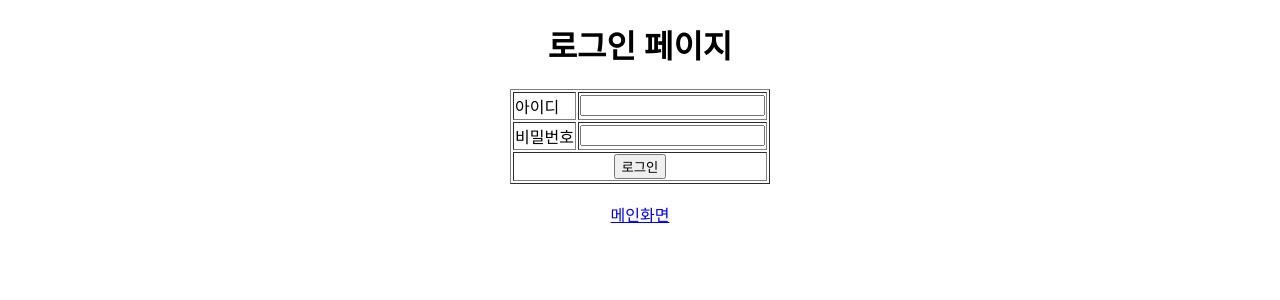
Repository: BEOMJINI/greenJsp
Page: http://localhost/basic/02.22/로그인구현실습/03_21_loginForm.jsp
These files come from the project's save history. The page is drawn as it stood at one moment and after the next save; the edit follows.
The browser window is 1280 px wide. The pictures show the whole page.
The page is served by Tomcat 9. Other server files are loaded and not shown.

Above is the page before, as saved 2023-02-22 02:08:22.

### jspWorkspace/basic/src/main/webapp/02.22/로그인구현실습/03_21_loginForm.jsp
<%@ page language="java" contentType="text/html; charset=UTF-8"
	pageEncoding="UTF-8"%>
<!DOCTYPE html>
<html>
<head>
<meta charset="UTF-8">
<title>Insert title here</title>
</head>
<body>
	<div align="center">
		<h1>로그인 페이지</h1>
		<form method="post" action="03_22_loginPro.jsp">
			<table border="1">
				<tr>
					<td>아이디</td>
					<td><input type="text" name="id"></td>
				</tr>
				<tr>
					<td>비밀번호</td>
					<td><input type="text" name="pw"></td>
				</tr>
				<tr>
				<td colspan="2" align="center">
				<button>로그인</button>
				</td>

				</tr>
			</table>
		</form>
		<br>
		<a href="02_main.jsp"> 메인화면 </a>
	</div>
</body>
</html>

After the next save:
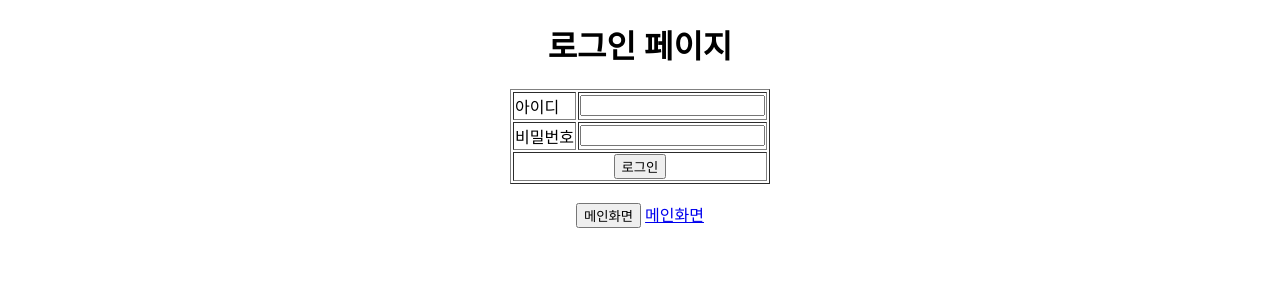
Saved 3 min 26 s later.
--- a/jspWorkspace/basic/src/main/webapp/02.22/로그인구현실습/03_21_loginForm.jsp
+++ b/jspWorkspace/basic/src/main/webapp/02.22/로그인구현실습/03_21_loginForm.jsp
@@ -28,6 +28,7 @@
 			</table>
 		</form>
 		<br>
+		<input type="button" value="메인화면" onclick="window.location.href='02_main.jsp'">
 		<a href="02_main.jsp"> 메인화면 </a>
 	</div>
 </body>
